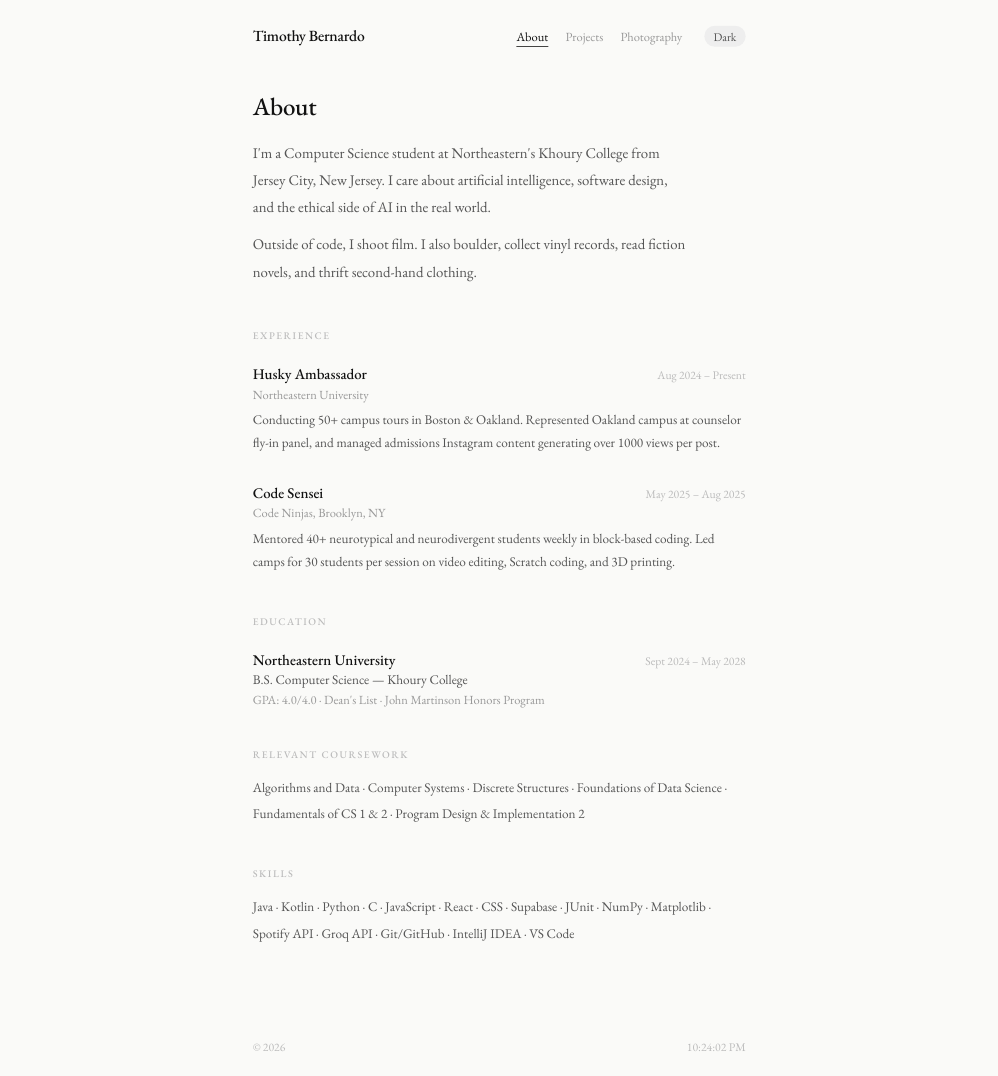
Repository: timothybernardo/portfolio
Page: /about
The author's editor kept a copy of each file at every save. The page is drawn from the files as they stood at one save, then again after the next save.
The browser window is 1280 px wide. The pictures show the whole page, at 78% of full size.
The project was rebuilt for these pictures with package versions that can differ from the ones it lists, and the page was loaded fresh each time. Also part of the build but not shown: src/pages/Home.jsx, src/data/projects.js, src/pages/Projects.jsx, src/data/photos.js, src/components/PhotoCard.jsx, src/pages/Photography.jsx.

Above is the page before, as saved 2026-03-07 22:43:09.

After the next save:
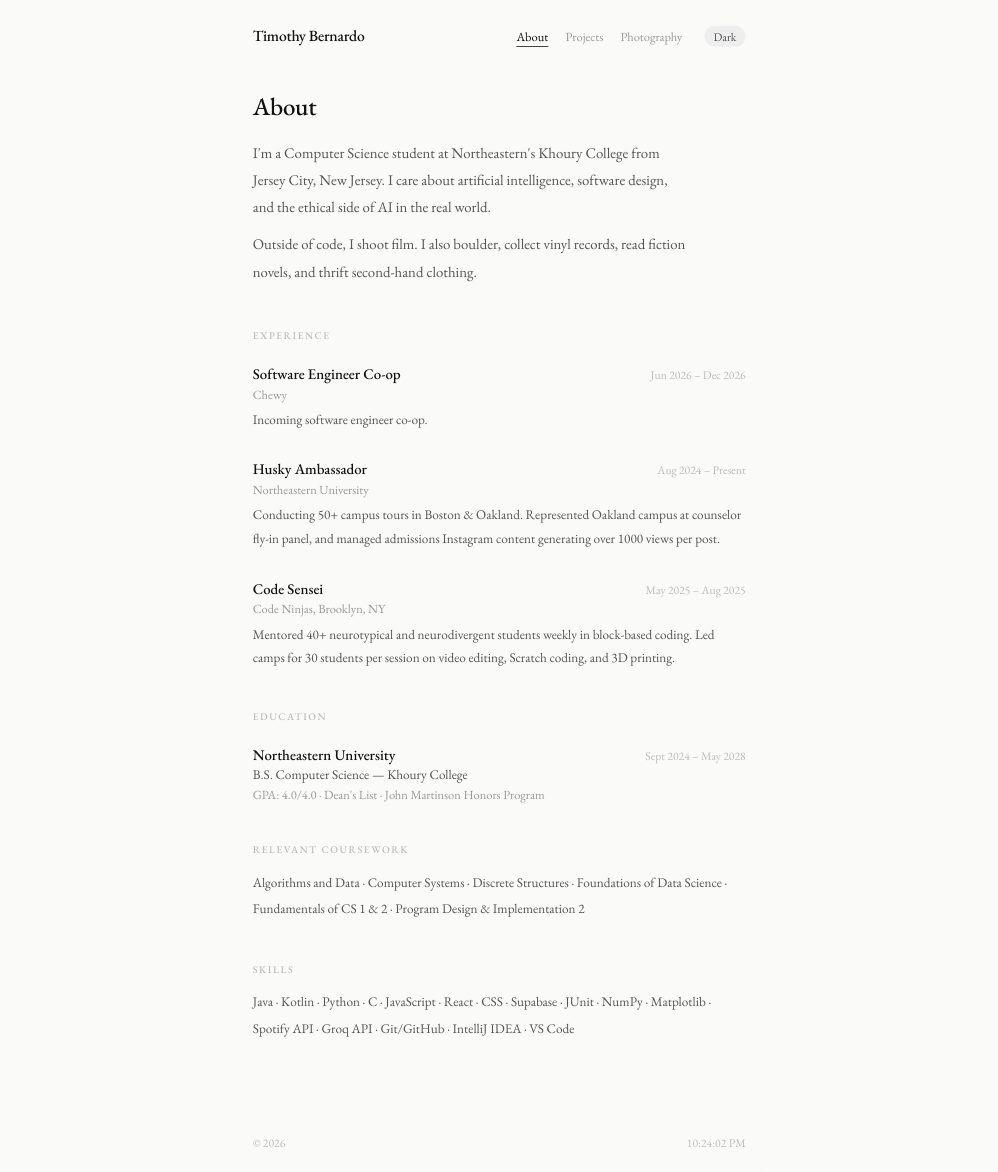
Saved 107 s later.
--- a/src/data/experience.js
+++ b/src/data/experience.js
@@ -1,4 +1,10 @@
 export const experience = [
+  {
+    role: "Software Engineer Co-op",
+    place: "Chewy",
+    period: "Jun 2026 – Dec 2026",
+    desc: "Incoming software engineer co-op.",
+  },
   {
     role: "Husky Ambassador",
     place: "Northeastern University",
